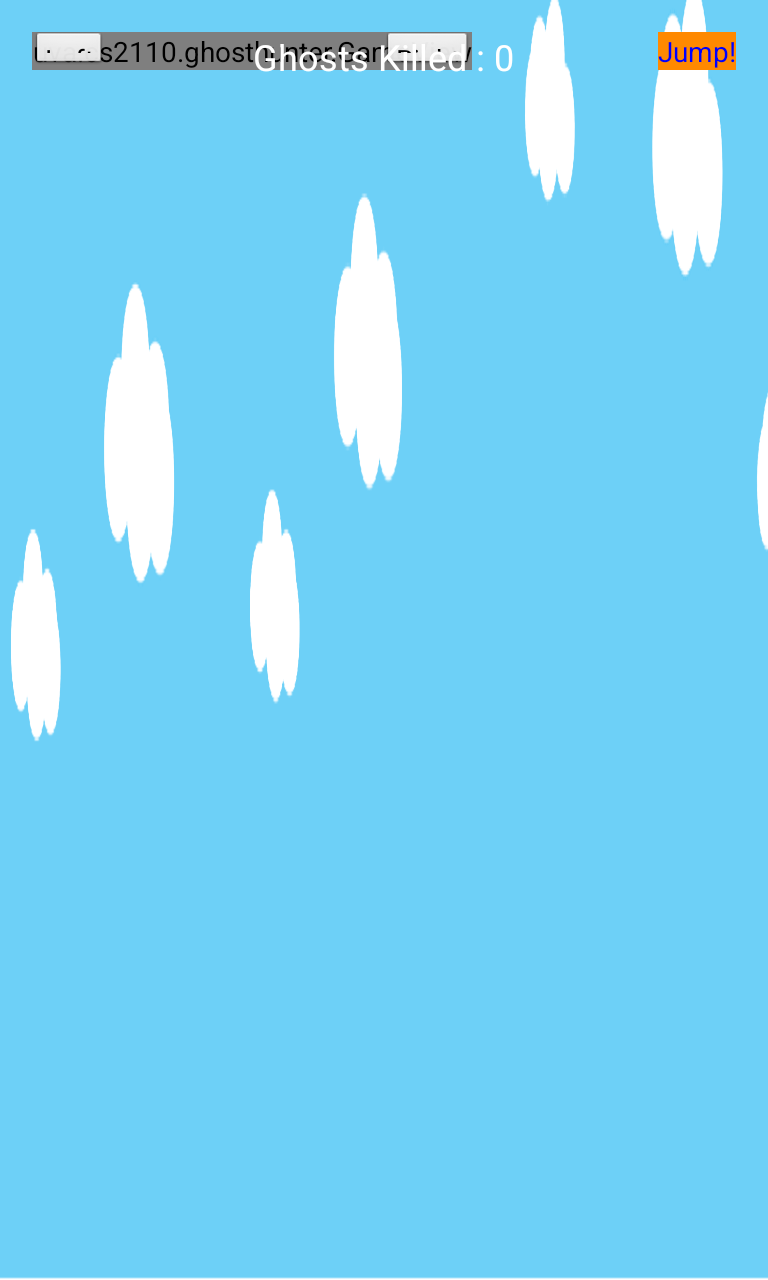
Repository: Daniel-Hoerauf/Ghost-Hunter
Layout: GhostHunter/res/layout/game_main.xml
These files come from the project's save history. The layout is drawn as it stood at one moment and after the next save; the edit follows.
Pictures or frames that could not be fetched are drawn as grey boxes. It is drawn on a 768 x 1280 px phone screen (xhdpi) without system bars, with theme AppTheme; the app's code is not run.

Above is the layout before, as saved 2014-12-01 17:50:18.

After the next save:
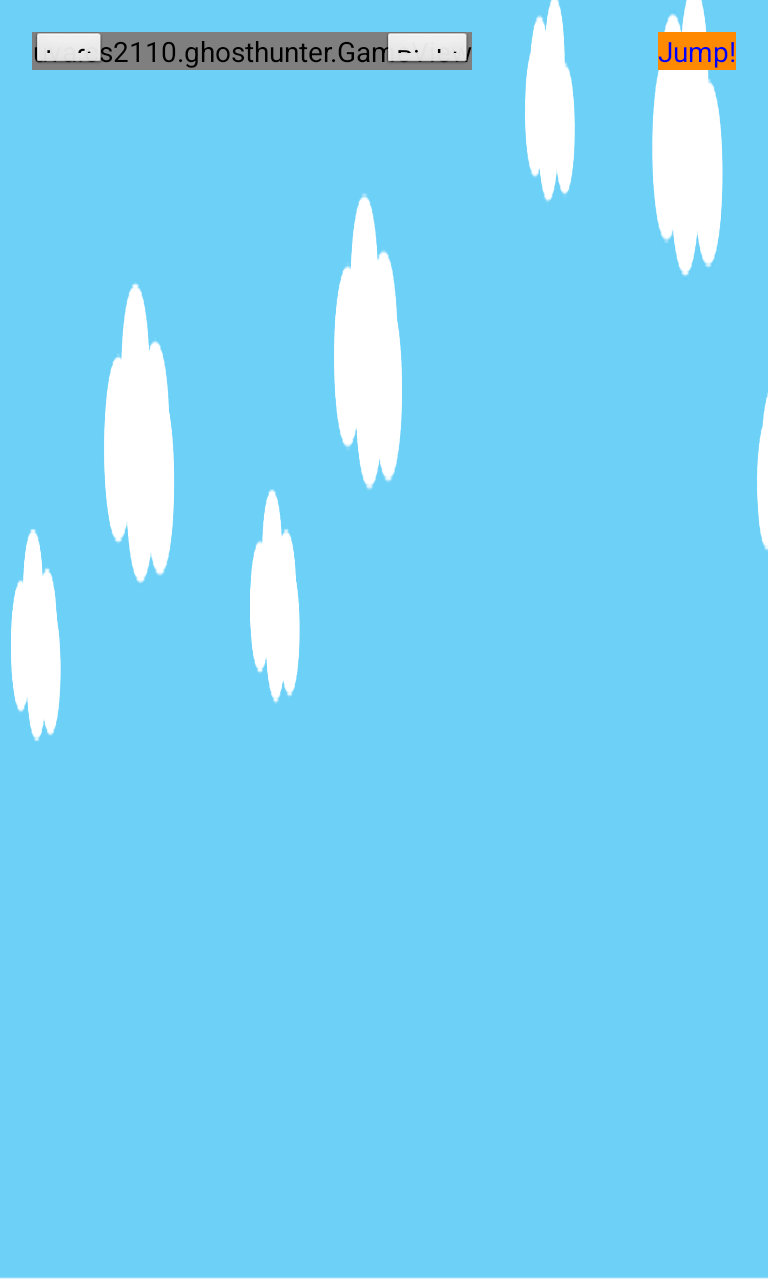
Saved 7 s later.
--- a/GhostHunter/res/layout/game_main.xml
+++ b/GhostHunter/res/layout/game_main.xml
@@ -52,13 +52,5 @@
         android:layout_alignLeft="@+id/gameView1"
         android:text="Left" />
 
-    <TextView
-        android:id="@+id/Scoreboard"
-        android:layout_width="wrap_content"
-        android:layout_height="wrap_content"
-        android:layout_alignParentTop="true"
-        android:layout_centerHorizontal="true"
-        android:text="Ghosts Killed : 0"
-        android:textAppearance="?android:attr/textAppearanceMedium" />
 
 </RelativeLayout>
